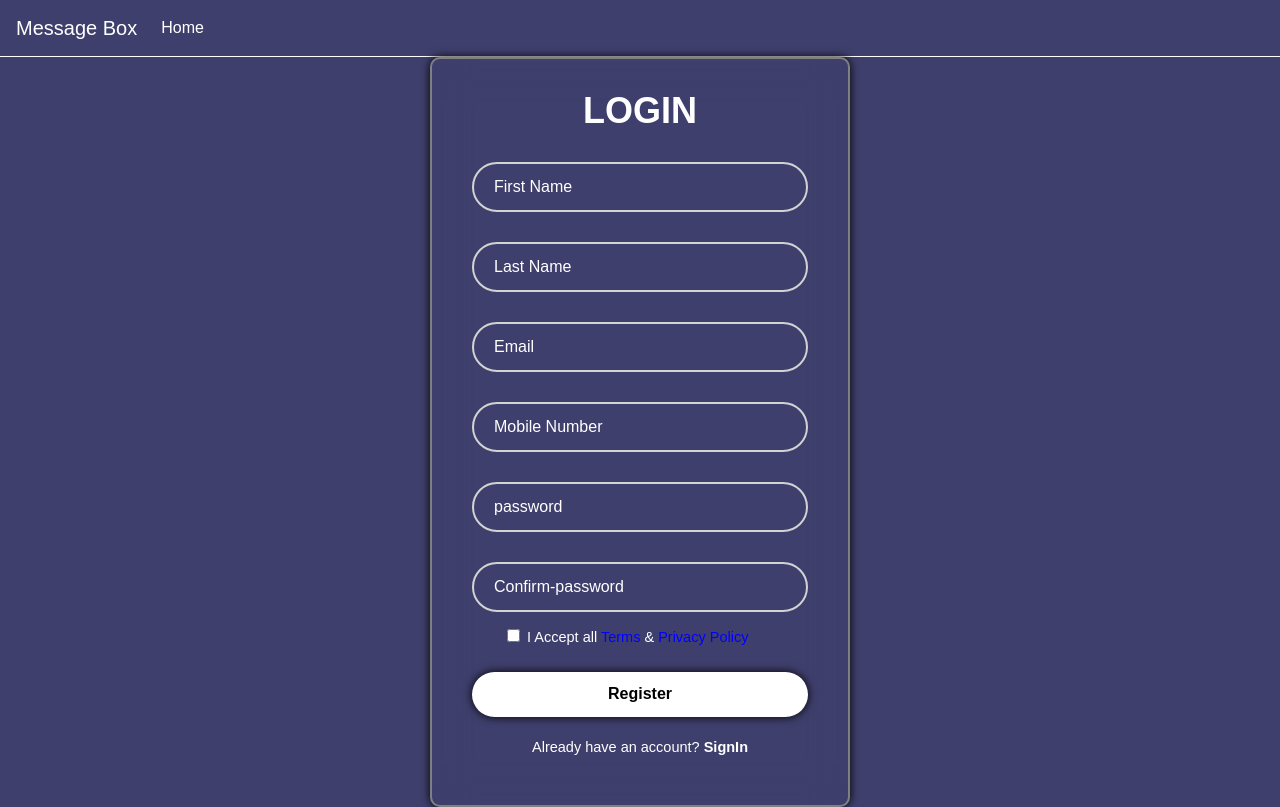
Repository: 05Mohammedismail/xworkz--Advance-Java
Page: Sep11_RegisterationForm/src/main/webapp/Register.html
These files come from the project's save history. The page is drawn as it stood at one moment and after the next save; the edit follows.
The browser window is 1280 px wide. The pictures show the whole page.

Above is the page before, as saved 2023-09-12 03:55:33.

After the next save:
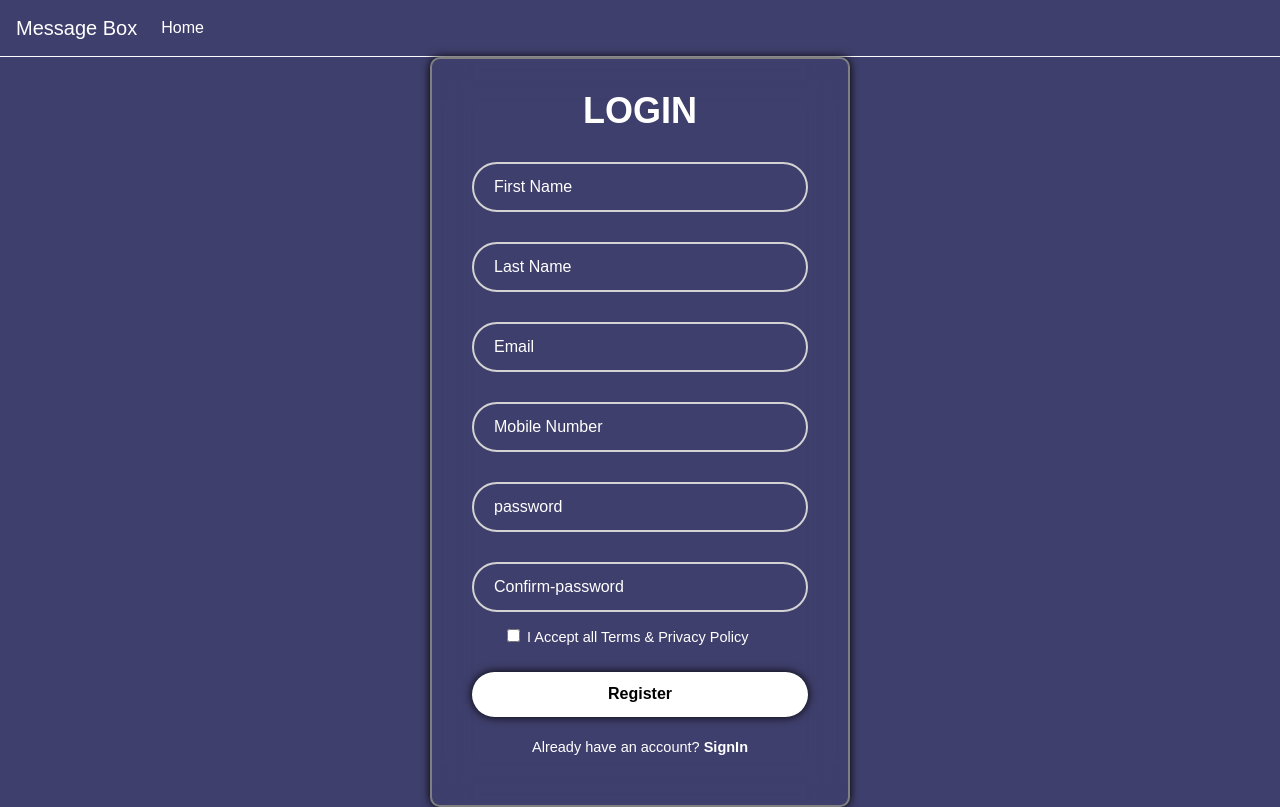
Saved 33 s later.
--- a/Sep11_RegisterationForm/src/main/webapp/Register.html
+++ b/Sep11_RegisterationForm/src/main/webapp/Register.html
@@ -76,13 +76,13 @@
 }
 
 .remember-me a{
-color: blue;
+color: white;
 text-decoration: none;
 }
 
 .remember-me a:hover{
 text-decoration: underline;
-color: white;
+color: blue;
 }
 
 .wrapper .btn{

After the save that followed:
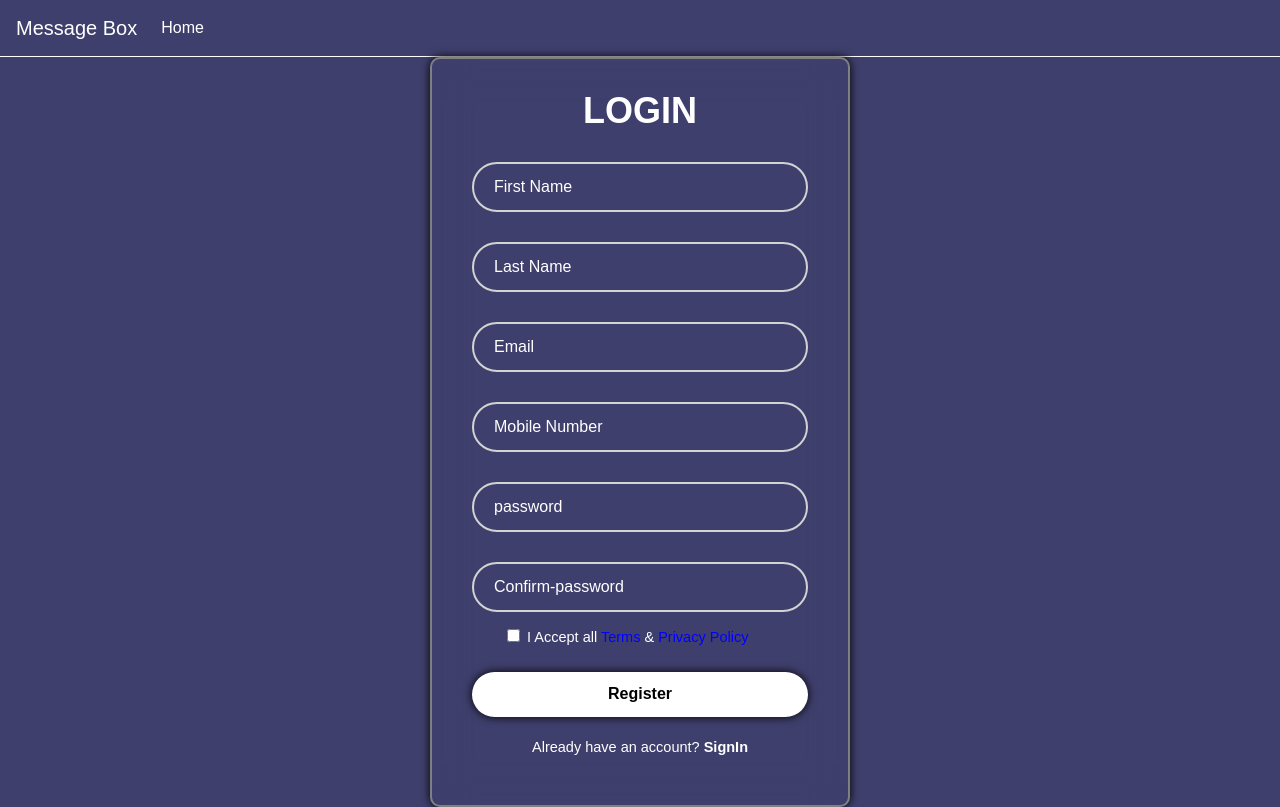
Saved 9 s later.
--- a/Sep11_RegisterationForm/src/main/webapp/Register.html
+++ b/Sep11_RegisterationForm/src/main/webapp/Register.html
@@ -76,7 +76,7 @@
 }
 
 .remember-me a{
-color: white;
+color: blue;
 text-decoration: none;
 }
 
